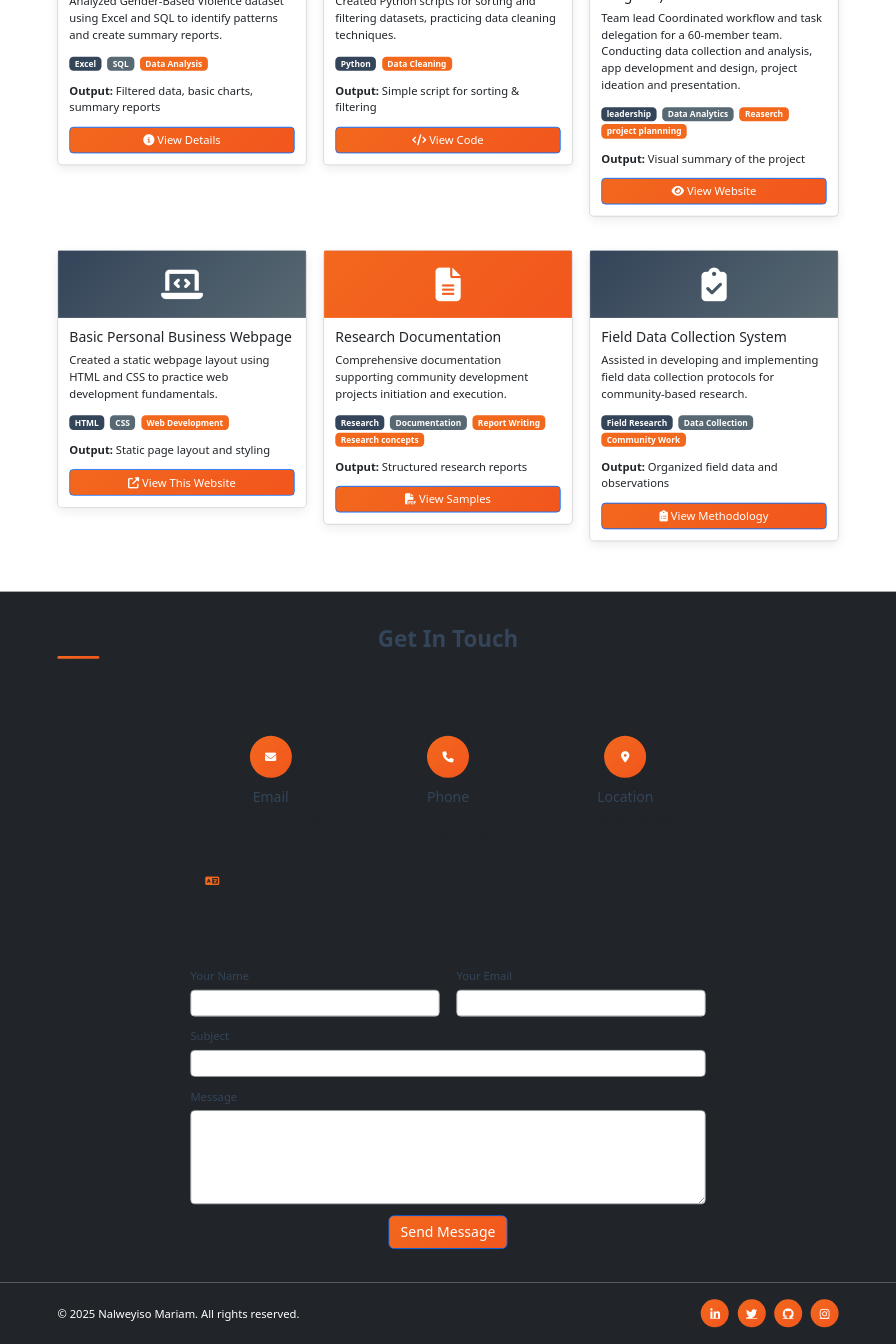
Repository: NalweMari/My-Personal-Portfolio
Page: index.html
These files come from the project's save history. The page is drawn as it stood at one moment and after a run of saves; the edit follows.
The browser window is 1280 px wide. The pictures show the part of the page from y = 1803 to 3723 px (the page is 3723 px tall), at 70% of full size.
A picture or video elsewhere on the page could not be fetched, so the positions and the page height are approximate.

Above is the page before, as saved 2025-12-05 17:42:17.
Console error (its wording comes from the project's code and is left out).

### index.html
<!DOCTYPE html>
<html lang="en">

<head>
    <meta charset="UTF-8">
    <meta name="viewport" content="width=device-width, initial-scale=1.0">
    <title>Nalweyiso Mariam - Research assistant/Data Analyst </title>
    <link rel="stylesheet" href="style.css">
    <link href="https://cdn.jsdelivr.net/npm/bootstrap@5.3.0/dist/css/bootstrap.min.css" rel="stylesheet">
    <link rel="stylesheet" href="https://cdnjs.cloudflare.com/ajax/libs/font-awesome/6.4.0/css/all.min.css">
</head>

<body>
    <!-- Navigation -->
    <nav class="navbar navbar-expand-lg navbar-dark bg-dark fixed top">
        <div class="container sm">
            <a class="navbar-brand Logo" href="#"><img src="images/Initials_Logo-preview (1).png" alt="Your Logo"
                    height="80"></a> <button class="navbar-toggler" type="button" data- 6 toggle="collapse"
                data-target="#navbarNav" aria-controls="navbarNav" aria-expanded="false" aria-label="Toggle navigation">
                <span class="navbar-toggler-icon"></span> </button>
            <div class="collapse navbar-collapse" id="navbarNav">
                <ul class="navbar-nav ms-auto">
                    <li class="nav-item"><a class="nav-link" href="#home">Home</a></li>
                    <li class="nav-item"><a class="nav-link" href="#about">About</a></li>
                    <li class="nav-item"><a class="nav-link" href="#skills">Skills</a></li>
                    <li class="nav-item"><a class="nav-link" href="#portfolio">Portfolio</a></li>
                    <li class="nav-item"><a class="nav-link" href="#contact">Contact</a></li>
                </ul>
            </div>
        </div>
    </nav>

    <!-- Hero Section -->
    <section id="home" class="hero-section">
        <div class="container">
            <div class="row align-items-center">
                <div class="col-lg-6">
                    <h1 class="display-4 fw-bold mb-3">HI I'M NALWEYISO MARIAM</h1>
                    <p class="lead mb-4">Research Assistant/Data Analyst with 4 years experience in social research and
                        data
                        collection</p>
                    <div class="d-flex flex-wrap gap-3">
                        <a href="#contact" class="btn btn-outline-light btn-lg">Contact Me</a>
                    </div>
                </div>
                <div class="col-lg-6 text-center mt-5 mt-lg-0">
                    <img src="images/Profile design.png" class="profile-image rounded-circle" alt="Nalweyiso Mariam">
                </div>
            </div>
        </div>
    </section>

    <!-- About Section -->
    <section id="about" class="py-5 bg-custom">
        <div class="container">
            <h2 class="section-title">About Me</h2>
            <div class="row align-items-center">
                <div class="col-lg-4 text-center mb-4 mb-lg-0">
                    <img src="images/woman coding.jpg" class="img-fluid rounded shadow" alt="Nalweyiso Mariam"
                        style="max-width: 300px;">
                </div>
                <div class="col-lg-8">
                    <p class="lead"><strong>Motivated and detail-oriented professional with hands-on
                        experience in research and data collection.</strong></p>
                    <p>Currently developing strong analytical capacity with practical learning in Excel,
                            SQL, Python, and data visualization. Skilled in documentation, scheduling,
                        planning, teamwork, and report drafting, with additional beginner-level exposure to web
                        development.</p>
                    <div class="row mt-4">
                        <div class="col-md-6">
                            <ul class="list-unstyled">
                                <li class="mb-2"><i class="fas fa-check text-primary me-2"></i> Social Research</li>
                                <li class="mb-2"><i class="fas fa-check text-primary me-2"></i> Data Analysis</li>
                                <li class="mb-2"><i class="fas fa-check text-primary me-2"></i> Qualitative Methods
                                </li>
                            </ul>
                        </div>
                        <div class="col-md-6">
                            <ul class="list-unstyled">
                                <li class="mb-2"><i class="fas fa-check text-primary me-2"></i> web development</li>
                                <li class="nav-item"><i class="fas fa-check text-primary me-2"></i> Data
                                    Visualization
                                </li>
                                <li class="mb-2"><i class="fas fa-check text-primary me-2"></i> Project
                                    Documentation
                                </li>
                            </ul>
                        </div>
                    </div>
                    <div class="mt-4">
                        <a href="Resume/NALWEYISO-MARIAM-Resume-2025.pdf" class="btn btn-primary me-3"><i class="fas fa-download me-2"></i>Download CV</a>
                    </div>
                </div>
            </div>
        </div>
    </section>
    <!-- Skills Section -->
    <section id="skills" class="py-5">
        <div class="container">
            <h2 class="section-title text-center">My Skills</h2>
            <div class="row">
                <div class="col-md-6">
                    <h5 class="mt-4">Data Analysis & Research</h5>
                    <div class="skill-bar">
                        <div class="skill-progress" style="width: 90%"></div>
                    </div>

                    <h5 class="mt-4">Qualitative Research</h5>
                    <div class="skill-bar">
                        <div class="skill-progress" style="width: 85%"></div>
                    </div>

                    <h5 class="mt-4">Basic Analysis</h5>
                    <div class="skill-bar">
                        <div class="skill-progress" style="width: 70%"></div>
                    </div>

                    <h5 class="mt-4">Data Collection</h5>
                    <div class="skill-bar">
                        <div class="skill-progress" style="width: 88%"></div>
                    </div>
                </div>
                <div class="col-md-6">
                    <h5 class="mt-4">Data Visualization</h5>
                    <div class="skill-bar">
                        <div class="skill-progress" style="width: 65%"></div>
                    </div>

                    <h5 class="mt-4">Documentation</h5>
                    <div class="skill-bar">
                        <div class="skill-progress" style="width: 92%"></div>
                    </div>

                    <h5 class="mt-4">Project Planning</h5>
                    <div class="skill-bar">
                        <div class="skill-progress" style="width: 83%"></div>
                    </div>

                    <h5 class="mt-4">Team Collaboration</h5>
                    <div class="skill-bar">
                        <div class="skill-progress" style="width: 87%"></div>
                    </div>
                </div>
            </div>
        </div>
    </section>

    <!-- Portfolio Section -->
    <section id="portfolio" class="py-5">
        <div class="container">
            <h2 class="section-title text-center">Projects & Practice Work</h2>
            <p class="text-center mb-5">Hands-on projects showcasing my data analysis, research, web development and
                adminstrative skills</p>

            <div class="row">
                <!-- Project 1: GBV Dataset Analysis -->
                <div class="col-lg-4 col-md-6 mb-4">
                    <div class="card project-card">
                        <div class="card-header-accent text-center py-4">
                            <i class="fas fa-database fa-3x"></i>
                        </div>
                        <div class="card-body d-flex flex-column">
                            <h5 class="card-title">GBV Dataset Analysis (Ongoing)</h5>
                            <p class="card-text flex-grow-1">
                                Analyzed Gender-Based Violence dataset using Excel and SQL to identify patterns and
                                create
                                summary reports.
                            </p>
                            <div class="mb-3">
                                <span class="badge badge-primary me-1">Excel</span>
                                <span class="badge badge-secondary me-1">SQL</span>
                                <span class="badge badge-accent">Data Analysis</span>
                            </div>
                            <div class="mt-auto">
                                <p><strong>Output:</strong> Filtered data, basic charts, summary reports</p>
                                <button class="btn btn-primary w-100"
                                    onclick="alert('Project details available upon request')">
                                    <i class="fas fa-info-circle me-1"></i>View Details
                                </button>
                            </div>
                        </div>
                    </div>
                </div>

                <!-- Project 2: Python Data Cleaning -->
                <div class="col-lg-4 col-md-6 mb-4">
                    <div class="card project-card">
                        <div class="card-header-primary text-center py-4">
                            <i class="fab fa-python fa-3x"></i>
                        </div>
                        <div class="card-body d-flex flex-column">
                            <h5 class="card-title">Python Data Cleaning Practice</h5>
                            <p class="card-text flex-grow-1">
                                Created Python scripts for sorting and filtering datasets, practicing data cleaning
                                techniques.
                            </p>
                            <div class="mb-3">
                                <span class="badge badge-primary me-1">Python</span>
                                <span class="badge badge-accent">Data Cleaning</span>
                            </div>
                            <div class="mt-auto">
                                <p><strong>Output:</strong> Simple script for sorting & filtering</p>
                                <button class="btn btn-primary w-100"
                                    onclick="alert('Python code samples available upon request')">
                                    <i class="fas fa-code me-1"></i>View Code
                                </button>
                            </div>
                        </div>
                    </div>
                </div>

                <!-- Project 3: villam hub -->
                <div class="col-lg-4 col-md-6 mb-4">
                    <div class="card project-card">
                        <div class="card-header-accent text-center py-4">
                            <i class="fas fa-chart-line fa-3x"></i>
                        </div>
                        <div class="card-body d-flex flex-column">
                            <h5 class="card-title">Capstone project VILLAM HUB (In Progress)</h5>
                            <p class="card-text flex-grow-1">
                                Team lead
                                Coordinated workflow and task delegation for a 60-member team. Conducting data collection
                                and analysis, app development and design, project ideation and presentation.
                            </p>
                            <div class="mb-3">
                                <span class="badge badge-primary me-1">leadership</span>
                                <span class="badge badge-secondary me-1">Data Analytics</span>
                                <span class="badge badge-accent">Reaserch</span>
                                <span class="badge badge-accent">project plannning</span>
                            </div>
                            <div class="mt-auto">
                                <p><strong>Output:</strong> Visual summary of the project</p>
                                <button class="btn btn-primary w-100" onclick="alert('Website preview coming soon')">
                                    <i class="fas fa-eye me-1"></i>View Website
                                </button>
                            </div>
                        </div>
                    </div>
                </div>
            </div>

            <!-- Second Row of Projects -->
            <div class="row mt-4">
                <!-- Project 4: Personal Webpage -->
                <div class="col-lg-4 col-md-6 mb-4">
                    <div class="card project-card">
                        <div class="card-header-primary text-center py-4">
                            <i class="fas fa-laptop-code fa-3x"></i>
                        </div>
                        <div class="card-body d-flex flex-column">
                            <h5 class="card-title">Basic Personal Business Webpage</h5>
                            <p class="card-text flex-grow-1">
                                Created a static webpage layout using HTML and CSS to practice web development
                                fundamentals.
                            </p>
                            <div class="mb-3">
                                <span class="badge badge-primary me-1">HTML</span>
                                <span class="badge badge-secondary me-1">CSS</span>
                                <span class="badge badge-accent">Web Development</span>
                            </div>
                            <div class="mt-auto">
                                <p><strong>Output:</strong> Static page layout and styling</p>
                                <a href="https://nalwemari.github.io/RoomieSync-H/" class="btn btn-primary w-100">
                                    <i class="fas fa-external-link-alt me-1"></i>View This Website
                                </a>
                            </div>
                        </div>
                    </div>
                </div>

                <!-- Project 5: Research Documentation -->
                <div class="col-lg-4 col-md-6 mb-4">
                    <div class="card project-card">
                        <div class="card-header-accent text-center py-4">
                            <i class="fas fa-file-alt fa-3x"></i>
                        </div>
                        <div class="card-body d-flex flex-column">
                            <h5 class="card-title">Research Documentation</h5>
                            <p class="card-text flex-grow-1">
                                Comprehensive documentation supporting community development projects initiation and
                                execution.
                            </p>
                            <div class="mb-3">
                                <span class="badge badge-primary me-1">Research</span>
                                <span class="badge badge-secondary me-1">Documentation</span>
                                <span class="badge badge-accent">Report Writing</span>
                                <span class="badge badge-accent">Research concepts</span>
                            </div>
                            <div class="mt-auto">
                                <p><strong>Output:</strong> Structured research reports</p>
                                <button class="btn btn-primary w-100"
                                    onclick="alert('Research documentation samples available upon request')">
                                    <i class="fas fa-file-pdf me-1"></i>View Samples
                                </button>
                            </div>
                        </div>
                    </div>
                </div>

                <!-- Project 6: Field Data Collection -->
                <div class="col-lg-4 col-md-6 mb-4">
                    <div class="card project-card">
                        <div class="card-header-primary text-center py-4">
                            <i class="fas fa-clipboard-check fa-3x"></i>
                        </div>
                        <div class="card-body d-flex flex-column">
                            <h5 class="card-title">Field Data Collection System</h5>
                            <p class="card-text flex-grow-1">
                                Assisted in developing and implementing field data collection protocols for
                                community-based research.
                            </p>
                            <div class="mb-3">
                                <span class="badge badge-primary me-1">Field Research</span>
                                <span class="badge badge-secondary me-1">Data Collection</span>
                                <span class="badge badge-accent">Community Work</span>
                            </div>
                            <div class="mt-auto">
                                <p><strong>Output:</strong> Organized field data and observations</p>
                                <button class="btn btn-primary w-100"
                                    onclick="alert('Data collection methodology available upon request')">
                                    <i class="fas fa-clipboard-list me-1"></i>View Methodology
                                </button>
                            </div>
                        </div>
                    </div>
                </div>
            </div>
        </div>
    </section>

    <!-- Contact Section -->
    <section id="contact" class="py-5 bg-dark">
        <div class="container">
            <h2 class="section-title text-center">Get In Touch</h2>
            <p class="text-center mb-5">Open to opportunities in research, data analytics, administration, NGOs, and
                development work</p>

            <div class="row">
                <div class="col-lg-8 mx-auto">
                    <div class="row mb-5">
                        <div class="col-md-4 text-center mb-4">
                            <div class="contact-icon">
                                <i class="fas fa-envelope text-white"></i>
                            </div>
                            <h5 style="color: var(--primary-color);">Email</h5>
                            <p>mariammukiibisa@gmail.com</p>
                        </div>
                        <div class="col-md-4 text-center mb-4">
                            <div class="contact-icon">
                                <i class="fas fa-phone text-white"></i>
                            </div>
                            <h5 style="color: var(--primary-color);">Phone</h5>
                            <p>+256 753 745135<br>+256 789 955469</p>
                        </div>
                        <div class="col-md-4 text-center mb-4">
                            <div class="contact-icon">
                                <i class="fas fa-map-marker-alt text-white"></i>
                            </div>
                            <h5 style="color: var(--primary-color);">Location</h5>
                            <p>Kampala, Uganda<br><small>Open to relocation + remote work</small></p>
                        </div>
                        <div class="col-md-4 text-center mb-4">
                            <p><i class="fas fa-language me-2" style="color: var(--accent-1);"></i>
                                <strong>Languages:</strong> English, Luganda</p>
                        </div>
                    </div>

                    <form>
                        <div class="row">
                            <div class="col-md-6 mb-3">
                                <label for="name" class="form-label" style="color: var(--primary-color);">Your
                                    Name</label>
                                <input type="text" class="form-control" id="name" required>
                            </div>
                            <div class="col-md-6 mb-3">
                                <label for="email" class="form-label" style="color: var(--primary-color);">Your
                                    Email</label>
                                <input type="email" class="form-control" id="email" required>
                            </div>
                        </div>
                        <div class="mb-3">
                            <label for="subject" class="form-label" style="color: var(--primary-color);">Subject</label>
                            <input type="text" class="form-control" id="subject" required>
                        </div>
                        <div class="mb-3">
                            <label for="message" class="form-label" style="color: var(--primary-color);">Message</label>
                            <textarea class="form-control" id="message" rows="5" required></textarea>
                        </div>
                        <div class="text-center">
                            <button type="submit" class="btn btn-primary btn-lg">Send Message</button>
                        </div>
                    </form>

                </div>
            </div>
        </div>
    </section>

    <!-- Footer -->
    <footer class="bg-dark text-white py-4">
        <div class="container">
            <div class="row align-items-center">
                <div class="col-md-6 text-center text-md-start">
                    <p class="mb-0">&copy; 2025 Nalweyiso Mariam. All rights reserved.</p>
                </div>
                <div class="col-md-6 text-center text-md-end">
                    <div class="mt-3 mt-md-0">
                        <a href="c" class="social-icon me-2"><i class="fab fa-linkedin-in"></i></a>
                        <a href="#" class="social-icon me-2"><i class="fab fa-twitter"></i></a>
                        <a href="#" class="social-icon me-2"><i class="fab fa-github"></i></a>
                        <a href="#" class="social-icon"><i class="fab fa-instagram"></i></a>
                    </div>
                </div>
            </div>
        </div>
    </footer>
    <script src="https://stackpath.bootstrapcdn.com/bootstrap/4.5.2/js/bootstrap.min.js"></script>
</body>

</html>

Loaded but not shown: Style.css (215 lines, source omitted)

After the next 3 saves:
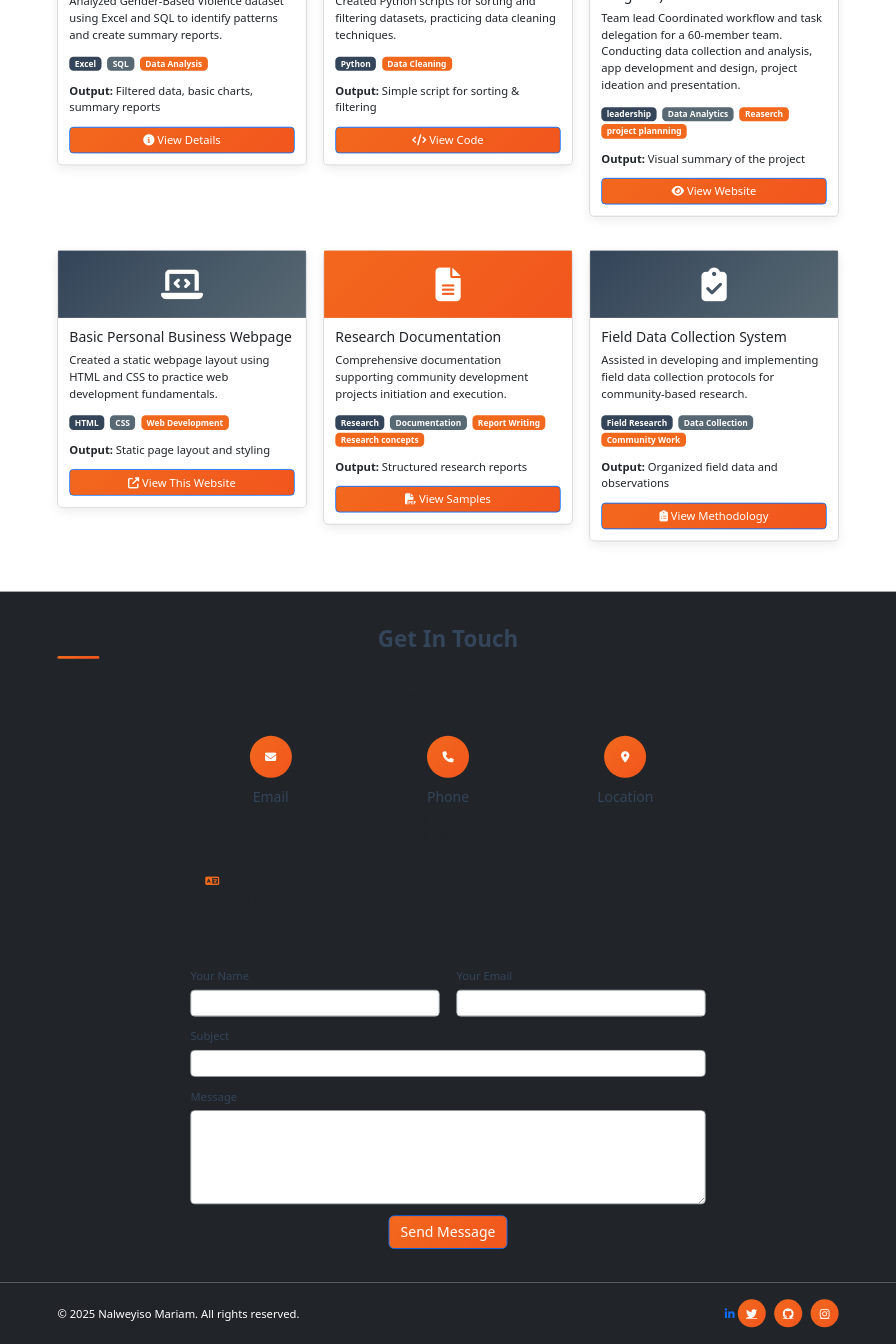
The 3 saves are shown as one change because they came seconds apart.
The last was saved 11 s later.
--- a/index.html
+++ b/index.html
@@ -405,7 +405,7 @@
                 </div>
                 <div class="col-md-6 text-center text-md-end">
                     <div class="mt-3 mt-md-0">
-                        <a href="c" class="social-icon me-2"><i class="fab fa-linkedin-in"></i></a>
+                        <a href="Style.css class="social-icon me-2"><i class="fab fa-linkedin-in"></i></a>
                         <a href="#" class="social-icon me-2"><i class="fab fa-twitter"></i></a>
                         <a href="#" class="social-icon me-2"><i class="fab fa-github"></i></a>
                         <a href="#" class="social-icon"><i class="fab fa-instagram"></i></a>
